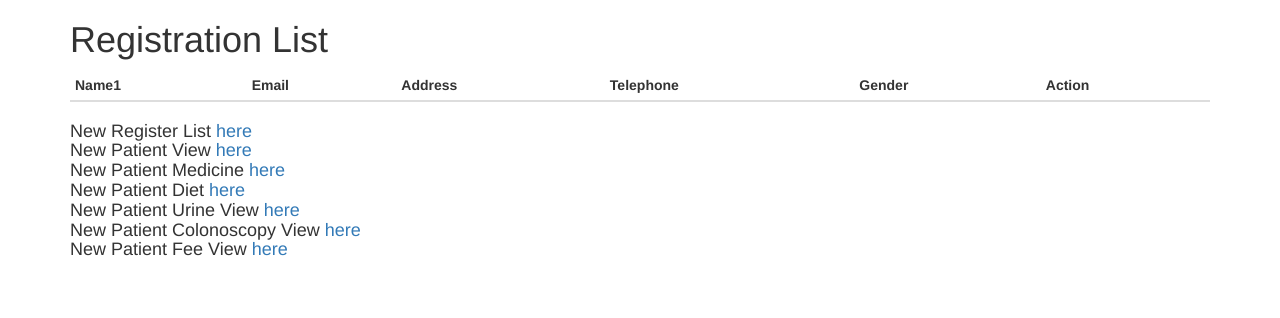
Repository: SACHINnANYAKKARA/2nd_Year_final_Project
Page: http://localhost/SpringMVCHibernateCRUD/WEB-INF/pages/home.jsp
The author's editor kept a copy of each file at every save. The page is drawn from the files as they stood at one save, then again after the next save.
The browser window is 1280 px wide. The pictures show the whole page.
The page is served by Tomcat 9. Nobody is signed in. Other server files are loaded and not shown. The template is opened directly, without the code that normally fills it, so the values that code supplies are empty.

Above is the page before, as saved 2018-04-01 07:59:03.

### SpringMVCHibernateCRUD/src/main/webapp/WEB-INF/pages/home.jsp
<%@page contentType="text/html" pageEncoding="UTF-8"%>
<!DOCTYPE HTML PUBLIC "-//W3C//DTD HTML 4.01 Transitional//EN"
   "http://www.w3.org/TR/html4/loose.dtd">
<%@ taglib uri="http://java.sun.com/jsp/jstl/core" prefix="c" %>

<html>
<head>
<meta http-equiv="Content-Type" content="text/html; charset=UTF-8">
<meta charset="utf-8">
  <meta name="viewport" content="width=device-width, initial-scale=1">
  <link rel="stylesheet" href="https://maxcdn.bootstrapcdn.com/bootstrap/3.3.7/css/bootstrap.min.css">
  <script src="https://ajax.googleapis.com/ajax/libs/jquery/3.3.1/jquery.min.js"></script>
  <script src="https://maxcdn.bootstrapcdn.com/bootstrap/3.3.7/js/bootstrap.min.js"></script>
<title>Employee Management Screen</title>
</head>
<body>
	<div class="container">
		<h1>Registration List</h1>

		 <table class="table table-condensed">
    <thead>
          <tr>
			<th>Name1</th>
			<th>Email</th>
			<th>Address</th>
			<th>Telephone</th>
			<th>Gender</th>
			<th>Action</th>
           </tr>
          </thead>

           <tbody>
			<c:forEach var="stock" items="${listStock}">
				<tr>

					<td>${stock.full_name}</td>
					<td>${stock.email}</td>
					<td>${stock.address}</td>
					<td>${stock.telephone}</td>
					<td>${stock.gender}</td>
					<td><a href="editStock?ids=${stock.ids}">Edit</a>
						 <a
						href="deleteStock?ids=${stock.ids}">Delete</a></td>

				</tr>
			</c:forEach>
             </tbody>
		</table>
		<h4>
			New Register List <a href="newStock">here</a>
			</br>
			New Patient View <a href="PatientsView">here</a>
		    </br>
		    New Patient Medicine <a href="PatientsMedicines">here</a>
		   <br>
		   New Patient Diet <a href="DietView">here</a>
		   <br>
		    New Patient Urine View <a href="UrineView">here</a>
			<br>
			New Patient Colonoscopy  View <a href="ColonoscopyView">here</a>
			<br>
			New Patient Fee View <a href="PatientFeeView">here</a>



		</h4>
	</div>
</body>
</html>

After the next save:
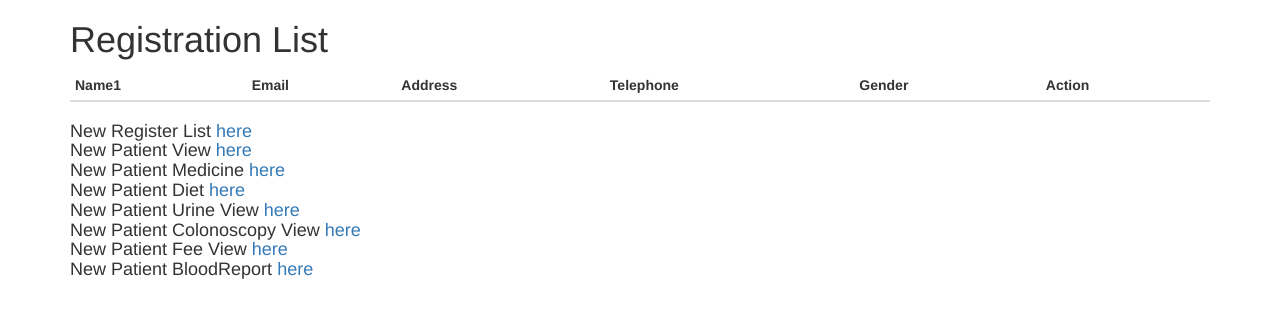
Saved 12 min 10 s later.
--- a/SpringMVCHibernateCRUD/src/main/webapp/WEB-INF/pages/home.jsp
+++ b/SpringMVCHibernateCRUD/src/main/webapp/WEB-INF/pages/home.jsp
@@ -60,6 +60,8 @@
 			New Patient Colonoscopy  View <a href="ColonoscopyView">here</a>
 			<br>
 			New Patient Fee View <a href="PatientFeeView">here</a>
+			<br>
+			New Patient BloodReport <a href="BloodReportView">here</a>
 
 
 
